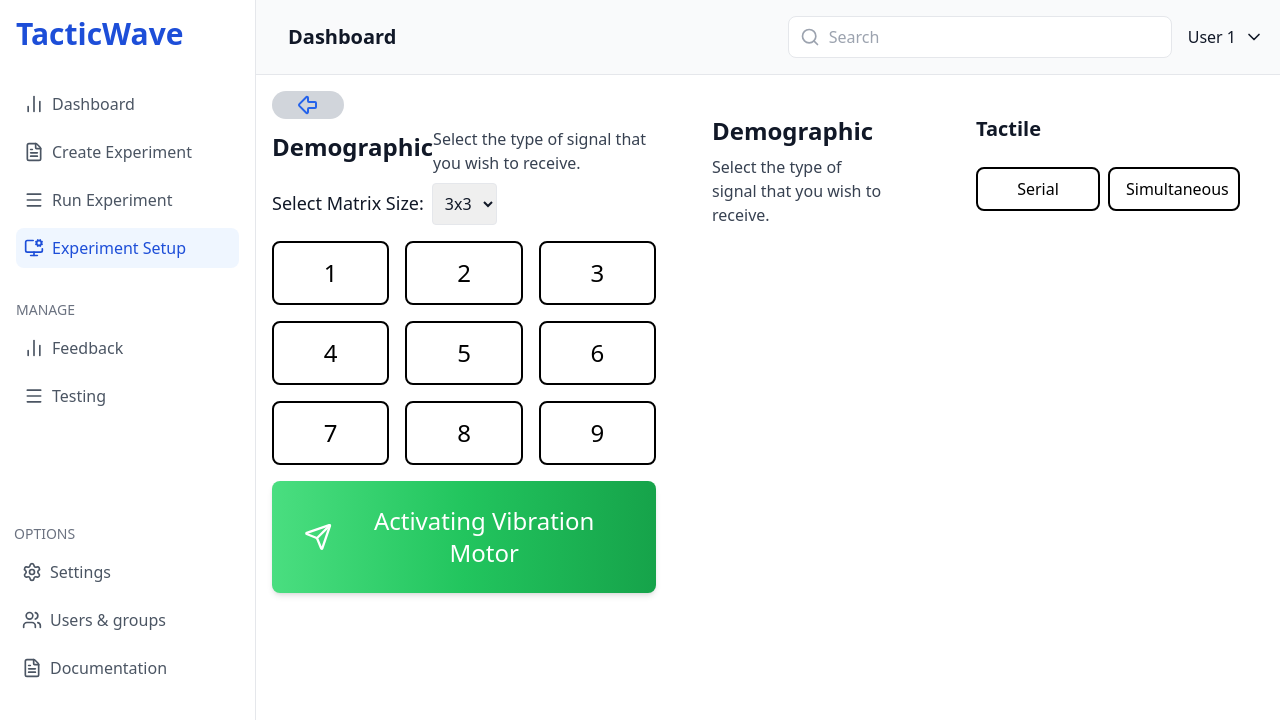
Repository: Nguyenle23/TacticWave
Page: /setup (app in Client/)
The author's editor kept a copy of each file at every save. The page is drawn from the files as they stood at one save, then again after the next save.
The browser window is 1280 px wide. The pictures show the whole page.
The project was rebuilt for these pictures with package versions that can differ from the ones it lists, and the page was loaded fresh each time. Also part of the build but not shown: Client/vite.config.js, Client/src/components/commons/Modal.jsx, Client/src/components/dashboard/ExperimentList/ExperimentItem.jsx, Client/src/components/dashboard/ExperimentList/ExperimentList.jsx, Client/src/components/dashboard/Statistics/StatisticsCard.jsx, Client/src/components/dashboard/Statistics/Statistics.jsx, Client/src/components/dashboard/Dashboard.jsx, Client/src/pages/DashboardPage.jsx and 7 more.

Above is the page before, as saved 2024-12-06 19:58:33.

### Client/index.html
<!doctype html>
<html lang="en">
  <head>
    <meta charset="UTF-8" />
    <link rel="icon" type="image/svg+xml" href="/vite.svg" />
    <meta name="viewport" content="width=device-width, initial-scale=1.0" />
    <title>TacticWave</title>
  </head>
  <body>
    <div id="root"></div>
    <script type="module" src="/src/main.jsx"></script>
  </body>
</html>

### Client/src/index.css
/* index.css */
@tailwind base;
@tailwind components;
@tailwind utilities;

/* Custom styles for the project */
body {
  @apply bg-gray-100 text-gray-900;
}

h1, h2, h3, h4, h5, h6 {
  @apply font-semibold;
}

a {
  @apply text-blue-600 hover:text-blue-800;
}

button {
  @apply bg-blue-600 text-white rounded-lg px-4 py-2 hover:bg-blue-700;
}

input, textarea {
  @apply border rounded-lg px-4 py-2 focus:outline-none focus:ring-2 focus:ring-blue-500;
}

### Client/src/pages/ExperimentSetupPage.jsx
import React from "react";
import { Layout } from "../components/layouts/Layout";
import { ExperimentSetup } from "../components/dashboard/ExperimentSetup/ExperimentSetup";

const ExperimentSetupPage = () => {
  return (
    <Layout>
      <ExperimentSetup />
    </Layout>
  );
};

export default ExperimentSetupPage;

### Client/src/components/layouts/Layout.jsx
//layout
import React, { useState } from 'react';
import { Sidebar } from './sidebar/Sidebar';
import { Header } from './header/Header';
import { Navbar } from './navbar/Navbar';

export const Layout = ({ children }) => {
  const [isMobileNavOpen, setIsMobileNavOpen] = useState(false);

  return (
    <div className="flex h-screen">
      <Sidebar />
      <Navbar
        isOpen={isMobileNavOpen}
        onClose={() => setIsMobileNavOpen(false)}
      />
      <div className="flex-1 flex flex-col w-full max-h-screen">
        <Header onMenuClick={() => setIsMobileNavOpen(true)} />
        <main className="flex-1 overflow-auto bg-white">
          {children}
        </main>
      </div>
    </div>
  );
};

### Client/src/components/dashboard/ExperimentSetup/ExperimentSetup.jsx
import React, { useState, useEffect } from "react";
import { Link } from "react-router-dom";
import { ArrowBigLeft, Send } from "lucide-react";
import { Button } from "../../commons/Button";
import { NodeConfiguration } from "../../commons/NodeConfiguration";
import { runExp } from "../../apis/callAPI";
import SwitchButton from "../../commons/Switch";

export const ExperimentSetup = () => {
  const [matrixSize, setMatrixSize] = useState(3);
  const [buttonProperty, setButtonProperty] = useState(1); // Initialize to default node
  const [intensity, setIntensity] = useState(0);
  const [duration, setDuration] = useState(0);
  const [order, setOrder] = useState(1);
  const [listings, setListings] = useState([]); // Tracks saved nodes
  const [error, setError] = useState("");
  const [type, setType] = useState(null); // State for Sequential/Simultaneous
  const [openSeq, setOpenSeq] = useState(false);
  const [openSerial, setOpenSerial] = useState(false);
  const [delay, setDelay] = useState(undefined);
  const [delayPerNode, setDelayPerNode] = useState(undefined);

  // Update buttonProperty when matrixSize changes
  useEffect(() => {
    setButtonProperty(null);
  }, [matrixSize]);

  const getSliderBackground = (value, max) => {
    const percentage = (value / max) * 100;
    return `linear-gradient(to right, #3B82F6 0%, #3B82F6 ${percentage}%, #E5E7EB ${percentage}%, #E5E7EB 100%)`;
  };

  const handleSwitchChange = (newState) => {
    setType(newState ? "Overlap" : "Serial");
  };

  const saveAndOut = () => {
    if (!openSerial && (!intensity || !duration)) {
      setError("Please fill out all required fields!");
      return;
    }

    const newListing = {
      node: buttonProperty,
      intensity: parseInt(intensity, 10) || 0, // Default to 0 if empty
      duration: parseFloat(duration, 10) || 0, // Default to 0 if empty
      order: order,
    };

    // Update listings to highlight saved nodes
    setListings((prevListings) => {
      const updatedListings = [...prevListings];
      const existingIndex = updatedListings.findIndex(
        (item) => item.node === buttonProperty
      );
      if (existingIndex >= 0) {
        updatedListings[existingIndex] = newListing; // Update existing entry
      } else {
        updatedListings.push(newListing); // Add new entry
      }
      return updatedListings;
    });

    // Reset fields after saving
    setButtonProperty(0); // Reset to default node if needed
    setIntensity(0);
    setDuration(0);
    setOrder(order);
  };

  // Initialize matrix orders
  const initialOrders = {};
  for (let row = 0; row < matrixSize; row++) {
    for (let col = 0; col < matrixSize; col++) {
      initialOrders[`${row}-${col}`] = row * matrixSize + col + 1;
    }
  }
  const [orders, setOrders] = useState(initialOrders);

  const handleMatrixSizeChange = (event) => {
    setListings([]);
    const size = parseInt(event.target.value, 10);
    setMatrixSize(size);
    setOrders(() => {
      const newOrders = {};
      for (let row = 0; row < size; row++) {
        for (let col = 0; col < size; col++) {
          newOrders[`${row}-${col}`] = row * size + col + 1;
        }
      }
      return newOrders;
    });
  };

  const handleClick = (row, col) => {
    const order = orders[`${row}-${col}`];
    setButtonProperty(order);
    setIntensity(0);
    setDuration(0);
  };

  const handleSimultaneous = () => {
    setOpenSeq(false);
    setOpenSerial(false);
    setDelay(undefined);
    setType("Simultaneous");
  };

  const handleSerial = () => {
    setOpenSeq(false);
    setDelay(undefined);
    setOpenSerial(true);
    setType("Serial");
  };

  const isNodeSaved = (node) => listings.some((item) => item.node === node);

  // Handle Submit button click
  const handleSubmit = async () => {
    try {
      const payload = {
        listings,
        type,
      };

      // Add delay if it is not undefined
      if (delay !== undefined) {
        payload.delay = delay;
      }

      if (type !== null && delayPerNode !== undefined) {
        // Transform listings to only include node values
        const transformedListings = listings.map((item) => item.node);
        const transformedDurations = listings.map((item) => item.duration);
        const transformedIntensities = listings.map((item) => item.intensity);

        payload.listings = transformedListings; // Replace listings with transformed array
        payload.duration = transformedDurations; // Ensure it's a number
        payload.intensity = transformedIntensities; // Ensure it's a number
        payload.delay = parseFloat(delayPerNode); // Ensure it's a number
        payload.type = type;
      }
      console.log("Payload:", payload);
      const response = await runExp(payload);
      // console.log("Response:", response.data);
      // setListingsNode(response.data);
    } catch (error) {
      console.error("Error running experiment:", error);
    }
  };

  return (
    <div className="flex flex-col md:flex-row w-full h-fit bg-gray-10 gap-8 my-4 px-4">
      <div className="md:w-2/5 w-full">
        {/* Top navigation and action buttons */}
        <div className="flex items-center justify-between mb-2">
          <Link
            to="/"
            className="px-6 py-0.5 bg-gray-300 rounded-full mr-2 hover:bg-gray-400"
          >
            <ArrowBigLeft />
          </Link>
        </div>

        {/* Setup demographic*/}
        <div className = "flex items-center justify-between mb-2">

              <h1 className="text-2xl font-bold mb-2">Demographic</h1>
              <p className="text-gray-700">
                Select the type of signal that you wish to receive.
              </p>
        </div>



        <div className="mb-4">
          <label htmlFor="matrix-size" className="mr-2 text-lg font-medium">
            Select Matrix Size:
          </label>
          <select
            id="matrix-size"
            value={matrixSize}
            onChange={handleMatrixSizeChange}
            className="p-2 border rounded"
          >
            <option value="3">3x3</option>
            <option value="4">4x4</option>
            <option value="5">5x5</option>
          </select>
        </div>
        {/* <p>{JSON.stringify(type)}</p> */}

        {/* Matrix Display */}
        <div
          className={`grid grid-cols-${matrixSize} gap-4 mt-1`}
          style={{
            gridTemplateColumns: `repeat(${matrixSize}, minmax(0, 1fr))`,
          }}
        >
          {Array.from({ length: matrixSize }).map((_, row) =>
            Array.from({ length: matrixSize }).map((_, col) => {
              const node = orders[`${row}-${col}`];
              return (
                <Button
                  key={`${row}-${col}`}
                  onClick={() => handleClick(row, col)}
                  className={`w-full h-16 rounded-3xl flex items-center justify-center text-2xl font-bold transition-all duration-200 ${
                    buttonProperty === node || isNodeSaved(node)
                      ? "bg-blue-800 text-white shadow-md"
                      : "bg-white text-black hover:bg-gray-300 border-2 border-solid border-black"
                  }`}
                >
                  {node}
                </Button>
              );
            })
          )}
        </div>

        {/* Submit Button */}
        <div className="mt-4 flex items-center justify-center w-full">
          <Button
            onClick={handleSubmit}
            className="w-full px-8 py-6 bg-gradient-to-r from-green-400 via-green-500 to-green-600 text-white text-2xl font-bold rounded-full shadow-md hover:shadow-lg hover:from-green-500 hover:to-green-700 flex items-center justify-center transition-all duration-300"
          >
            <Send size={30} className="mr-3" />
            Activating Vibration Motor
          </Button>
        </div>
        {/* Sequential and Simultaneous Buttons */}
      </div>

      <div className="md:w-3/5 w-full flex flex-col">
        <div className="flex justify-between items-start p-6">
          {/* Phần "hello" bên trái */}
          <div className="w-4/12">
            <h1 className="text-2xl font-bold mb-2">Demographic</h1>
            <p className="text-gray-700">
              Select the type of signal that you wish to receive.
            </p>
          </div>

          {/* Phần bên phải theo cột */}
          <div className="w-6/12 flex flex-col space-y-4">
            {/* Nhóm Nút "Serial" và "Simultaneous" */}
            <h1 className="text-xl font-bold mb-2">Tactile</h1>
            <div className="flex space-x-2">
              <Button
                onClick={handleSerial}
                className={`w-1/2 py-2 rounded transition-all duration-200 ${
                  type === "Serial" || type === "Overlap"
                    ? "bg-blue-800 text-white shadow-md"
                    : "bg-white border-2 border-solid border-black  hover:bg-gray-300 hover:text-black"
                }`}
              >
                Serial
              </Button>
              <Button
                onClick={handleSimultaneous}
                className={`w-1/2 py-2 rounded transition-all duration-200 ${
                  type === "Simultaneous"
                    ? "bg-blue-800 text-white shadow-md"
                    : "bg-white border-2 border-solid border-black  hover:bg-gray-300 hover:text-black"
                }`}
              >
                Simultaneous
              </Button>
            </div>

            {/* Các thành phần điều kiện khi chọn Serial hoặc Overlap */}
            {(openSeq || openSerial) && (
              <div className="flex flex-col space-y-4">
                {openSeq && (
                  <div>
                    <label className="block text-lg font-medium text-gray-700 mb-2">
                      Duration (0 - 15): {delay}
                    </label>
                    <div className="relative">
                      <input
                        type="range"
                        min="0"
                        max="15"
                        value={delay}
                        onChange={(e) => setDelay(e.target.value)}
                        className="w-full h-2 bg-gray-200 rounded-lg appearance-none cursor-pointer
                               focus:outline-none focus:ring-0
                               [&::-webkit-slider-thumb]:appearance-none [&::-webkit-slider-thumb]:w-4
                               [&::-webkit-slider-thumb]:h-4 [&::-webkit-slider-thumb]:bg-blue-500
                               [&::-webkit-slider-thumb]:rounded-full [&::-webkit-slider-thumb]:cursor-pointer
                               [&::-webkit-slider-thumb]:transition-all [&::-webkit-slider-thumb]:duration-150
                               [&::-webkit-slider-thumb]:hover:scale-110
                               [&::-moz-range-thumb]:appearance-none [&::-moz-range-thumb]:w-4
                               [&::-moz-range-thumb]:h-4 [&::-moz-range-thumb]:bg-blue-500
                               [&::-moz-range-thumb]:border-0
                               [&::-moz-range-thumb]:rounded-full [&::-moz-range-thumb]:cursor-pointer
                               [&::-moz-range-thumb]:transition-all [&::-moz-range-thumb]:duration-150
                               [&::-moz-range-thumb]:hover:scale-110
                               [&::-moz-range-progress]:bg-blue-500 [&::-moz-range-progress]:rounded-l-lg
                               [&::-moz-range-track]:bg-gray-200 [&::-moz-range-track]:rounded-lg"
                        style={{
                          background: getSliderBackground(delay, 15),
                        }}
                      />
                    </div>
                  </div>
                )}

                {openSerial && (
                  <>
                    <SwitchButton
                      isOn={type === "Overlap"}
                      onSwitchChange={handleSwitchChange}
                    />

                    <div>
                      <label className="block text-lg font-medium text-gray-700 mb-2">
                        Delay between nodes (0 - 15): {delayPerNode}
                      </label>
                      <div className="relative">
                        <input
                          type="range"
                          min="0"
                          max="15"
                          step="0.1"
                          value={delayPerNode}
                          onChange={(e) => setDelayPerNode(e.target.value)}
                          className="w-full h-2 bg-gray-200 rounded-lg appearance-none cursor-pointer
                                 focus:outline-none focus:ring-0
                                 [&::-webkit-slider-thumb]:appearance-none [&::-webkit-slider-thumb]:w-4
                                 [&::-webkit-slider-thumb]:h-4 [&::-webkit-slider-thumb]:bg-blue-500
                                 [&::-webkit-slider-thumb]:rounded-full [&::-webkit-slider-thumb]:cursor-pointer
                                 [&::-webkit-slider-thumb]:transition-all [&::-webkit-slider-thumb]:duration-150
                                 [&::-webkit-slider-thumb]:hover:scale-110
                                 [&::-moz-range-thumb]:appearance-none [&::-moz-range-thumb]:w-4
                                 [&::-moz-range-thumb]:h-4 [&::-moz-range-thumb]:bg-blue-500
                                 [&::-moz-range-thumb]:border-0
                                 [&::-moz-range-thumb]:rounded-full [&::-moz-range-thumb]:cursor-pointer
                                 [&::-moz-range-thumb]:transition-all [&::-moz-range-thumb]:duration-150
                                 [&::-moz-range-thumb]:hover:scale-110
                                 [&::-moz-range-progress]:bg-blue-500 [&::-moz-range-progress]:rounded-l-lg
                                 [&::-moz-range-track]:bg-gray-200 [&::-moz-range-track]:rounded-lg"
                          style={{
                            background: getSliderBackground(delayPerNode, 15),
                          }}
                        />
                      </div>
                    </div>
                  </>
                )}
              </div>
            )}
          </div>
        </div>

        {/* Slider Controls */}

        {buttonProperty && (
          <div className="flex justify-between items-start p-6">
            <NodeConfiguration
              isSerial={openSerial}
              isEdit={false}
              nodeNumber={buttonProperty}
              intensity={intensity}
              setIntensity={setIntensity}
              duration={duration}
              setDuration={setDuration}
              order={order}
              setOrder={setOrder}
              listings={listings}
              onClose={() => setButtonProperty(1)} // Reset to default node on close
              onSave={saveAndOut}
              error={error}
            />
          </div>
        )}
      </div>
    </div>
  );
};

### Client/src/components/layouts/header/Header.jsx
import React from "react";
import { Menu, ChevronDown } from "lucide-react";
import { SearchBar } from "../../commons/SearchBar";

export const Header = ({ onMenuClick }) => {
  return (
    <div className="flex justify-between items-center p-4 border-b bg-gray-50">
      <div className="flex items-center space-x-4">
        <button onClick={onMenuClick} className="lg:hidden p-2">
          <Menu size={24} />
        </button>
        <h2 className="text-xl font-semibold">Dashboard</h2>
      </div>
      <div className="flex items-center space-x-4">
        <SearchBar className="hidden md:block w-48 lg:w-96" />
        <div className="flex items-center space-x-2 cursor-pointer">
          <span>User 1</span>
          <ChevronDown size={20} />
        </div>
      </div>
    </div>
  );
};

### Client/src/components/layouts/navbar/Navbar.jsx
import React from 'react';
// import { X } from 'lucide-react';
// import { SidebarItem } from './Sidebar';
// import { NAVIGATION_ITEMS, MANAGE_ITEMS } from '../../constants/navigation';

export const Navbar = ({ isOpen, onClose }) => {
  return (
    <div className={`lg:hidden fixed inset-0 z-50 ${isOpen ? 'block' : 'hidden'}`}>
      <div className="absolute inset-0 bg-black bg-opacity-50" onClick={onClose} />
      <div className="absolute inset-y-0 left-0 w-64 bg-white shadow-xl">
        {/* ... Same content as Sidebar but with close button ... */}
      </div>
    </div>
  );
};

### Client/src/components/apis/callAPI.jsx
import axios from "axios";

const url_base = "http://localhost:5555";

export const getAllRecords = async () => {
  try {
    const response = await axios.get(`${url_base}/record/`);
    return response;
  } catch (error) {
    console.error("Server Response:", error.response.data);
    throw error;
  }
};

export const createRecord = async (data) => {
  try {
    const response = await axios.post(`${url_base}/record/`, data);
    return response;
  } catch (error) {
    console.error("Server Response:", error.response.data);
    throw error;
  }
};

export const submitFeedback = async (data) => {
  try {
    console.log(data);
    const response = await axios.post(`${url_base}/feedback/`, data);
    return response;
  } catch (error) {
    console.error("Server Response:", error.response.data);
    throw error;
  }
}

export const runExp = async (data) => {
  try {
    const response = await axios.post(`${url_base}/runexp/`, data);
    return response;
  } catch (error) {
    console.error("Server Response:", error.response.data);
    throw error;
  }
};

### Client/src/components/commons/Button.jsx
//button
import React from 'react';

export const Button = ({
  children,
  variant = 'primary',
  className = '',
  ...props
}) => {
  const baseStyles = 'px-4 py-2 rounded-lg font-medium transition-colors';
  const variants = {
    primary: 'bg-blue-600 text-black hover:bg-blue-700',
    secondary: 'text-white-600 hover:text-black-700',
  };

  return (
    <button
      className={`${baseStyles} ${variants[variant]} ${className}`}
      {...props}
    >
      {children}
    </button>
  );
};

### Client/src/constants/navigation.jsx
export const NAVIGATION_ITEMS = [
  { icon: 'BarChart2', label: 'Dashboard', path: '/' },
  { icon: 'FileText', label: 'Create Experiment', path: '/matrix' },
  { icon: 'Menu', label: 'Run Experiment', path: '/run' },
  { icon: 'MonitorCogIcon', label: 'Experiment Setup', path: '/setup' },
];

export const MANAGE_ITEMS = [
  { icon: 'BarChart2', label: 'Feedback', path: '/manage/dashboard' },
  { icon: 'Menu', label: 'Testing', path: '/manage/run' },
];

export const OPTION_ITEMS = [
  { icon: 'Settings', label: 'Settings', path: '/manage/settings' },
  { icon: 'Users', label: 'Users & groups', path: '/manage/users' },
  { icon: 'FileText', label: 'Documentation', path: '/manage/docs' },
];

### Client/src/components/layouts/sidebar/SidebarItem.jsx
import React from "react";
import * as Icons from "lucide-react";
import { useLocation } from "react-router-dom";

export const SidebarItem = ({ icon, label, path, onClick }) => {
  const Icon = Icons[icon];
  const location = useLocation();
  const active = location.pathname === path;

  const handleClick = (e) => {
    if (onClick) {
      e.preventDefault(); // Prevent default navigation
      onClick(); // Trigger the modal or custom behavior
    }
  };

  return (
    <a
      href={path} // Use `href` to maintain a clickable link for accessibility
      onClick={handleClick}
      className={`flex items-center space-x-2 p-2 rounded-lg cursor-pointer
        ${active ? 'bg-blue-50 text-blue-700' : 'text-gray-600 hover:bg-gray-100'}`}
    >
      <Icon size={20} />
      <span>{label}</span>
    </a>
  );
};

### Client/src/components/commons/SearchBar.jsx
import React from 'react';
import { Search } from 'lucide-react';

export const SearchBar = ({ className = '', ...props }) => {
  return (
    <div className={`relative ${className}`}>
      <Search
        className="absolute left-3 top-1/2 transform -translate-y-1/2 text-gray-400"
        size={20}
      />
      <input
        type="text"
        placeholder="Search"
        className="pl-10 pr-4 py-2 border rounded-lg w-full focus:outline-none focus:ring-2 focus:ring-blue-500"
        {...props}
      />
    </div>
  );
};

Loaded but not shown: Client/src/main.jsx (common file); Client/tailwind.config.js (10 lines, source omitted); Client/src/components/commons/NodeConfiguration.jsx (149 lines, source omitted); Client/src/App.jsx (122 lines, source omitted); Client/src/components/layouts/sidebar/Sidebar.jsx (73 lines, source omitted)

After the next save:
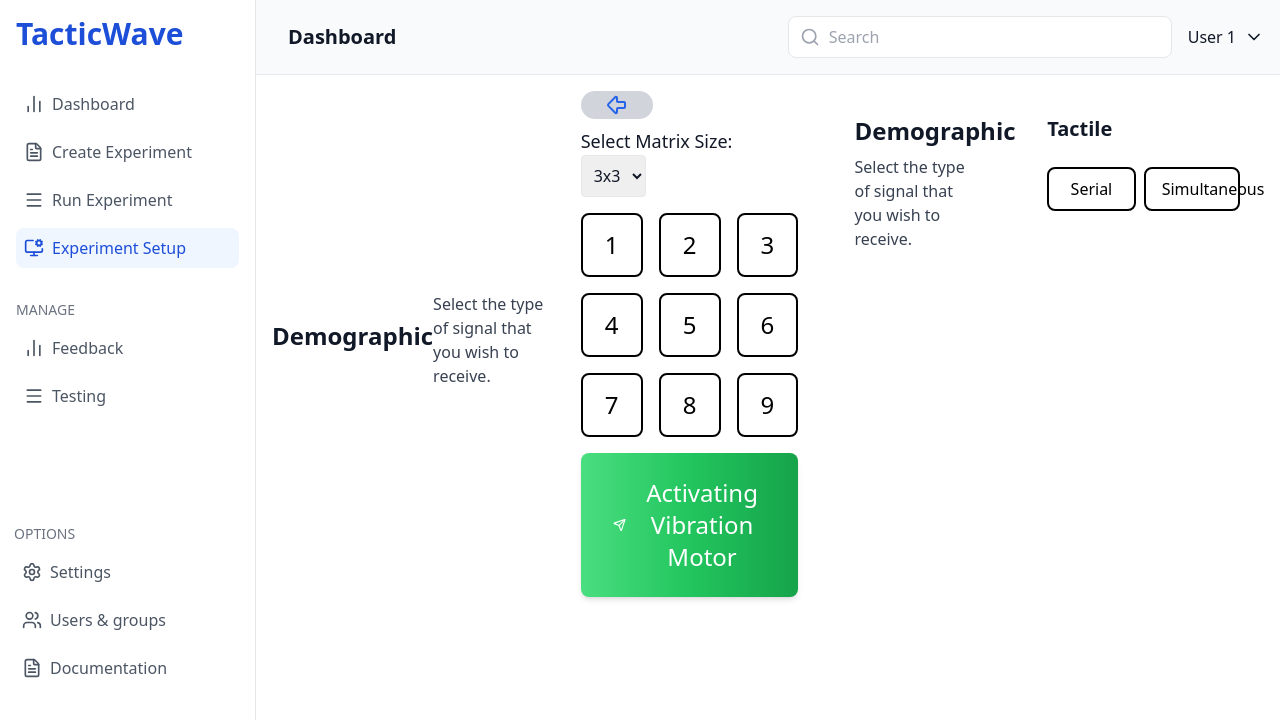
Saved 2 min 30 s later.
--- a/Client/src/components/dashboard/ExperimentSetup/ExperimentSetup.jsx
+++ b/Client/src/components/dashboard/ExperimentSetup/ExperimentSetup.jsx
@@ -151,6 +151,13 @@ export const ExperimentSetup = () => {
 
   return (
     <div className="flex flex-col md:flex-row w-full h-fit bg-gray-10 gap-8 my-4 px-4">
+              {/* Setup demographic*/}
+        <div className = "flex items-center justify-between mb-2">
+          <h1 className="text-2xl font-bold mb-2">Demographic</h1>
+          <p className="text-gray-700">
+            Select the type of signal that you wish to receive.
+          </p>
+        </div>
       <div className="md:w-2/5 w-full">
         {/* Top navigation and action buttons */}
         <div className="flex items-center justify-between mb-2">
@@ -160,15 +167,6 @@ export const ExperimentSetup = () => {
           >
             <ArrowBigLeft />
           </Link>
-        </div>
-
-        {/* Setup demographic*/}
-        <div className = "flex items-center justify-between mb-2">
-
-              <h1 className="text-2xl font-bold mb-2">Demographic</h1>
-              <p className="text-gray-700">
-                Select the type of signal that you wish to receive.
-              </p>
         </div>
 
 
